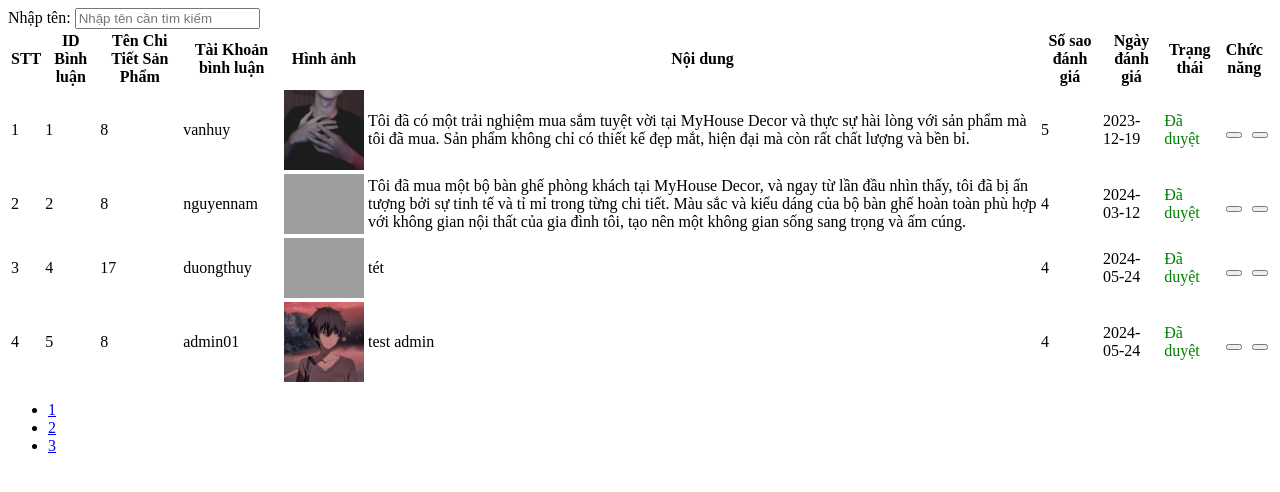
Repository: anhtu2110/TestCNPM
Page: http://localhost/MyHouseDecor/Admin/View/Admin_CommentView.php?page=1
These files come from the project's save history. The page is drawn as it stood at one moment and after the next save; the edit follows.
The browser window is 1280 px wide. The pictures show the whole page.
Pictures or frames that could not be fetched are drawn as grey boxes. The page is run by PHP 8.4 with error messages shown; the project is at /var/www/html/. The database holds what the project's SQL file puts in it.

Above is the page before, as saved 2024-07-09 22:04:59.

After the next save:
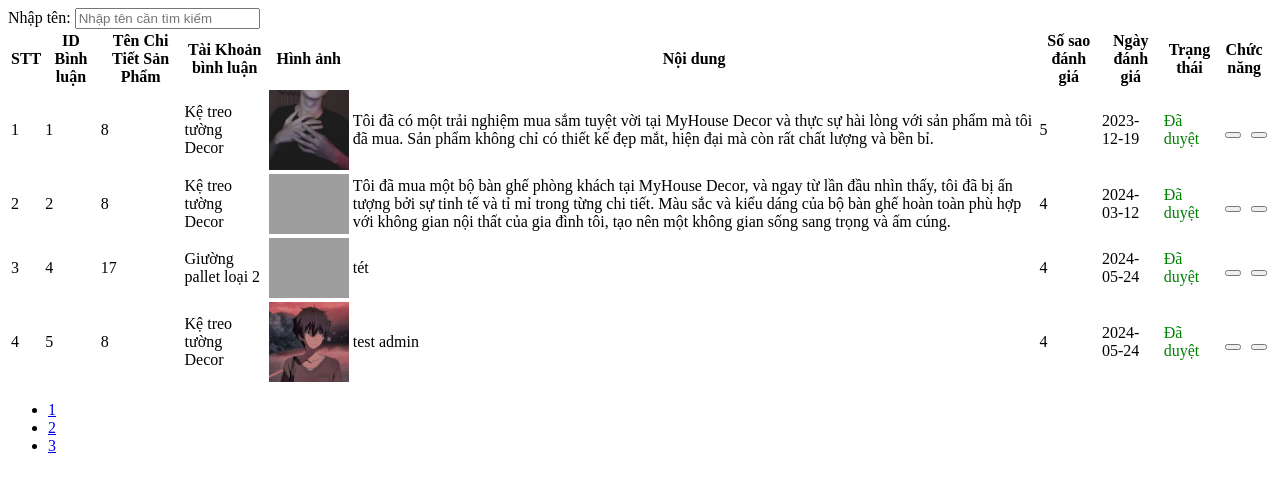
Saved 24 s later.
--- a/Admin/View/Admin_CommentView.php
+++ b/Admin/View/Admin_CommentView.php
@@ -40,7 +40,10 @@ $count = 1;
         <td><?php echo $count; ?></td>
         <td><?php echo $items['CmtID']; ?></td>
         <td><?php echo $items['DetailsID']; ?></td>
-        <td><?php echo $items['UserName']; ?></td>
+        <td><?php
+                $x = $controller->getNameProduct($items['DetailsID']);
+                print_r($x);
+                ?></td>
         <td><img src="<?php echo '../' . $items['Image']; ?>" style="max-width: 80px;max-height: 80px;" alt=""></td>
         <td><?php echo $items['Content']; ?></td>
         <td><?php echo $items['Star']; ?></td>
